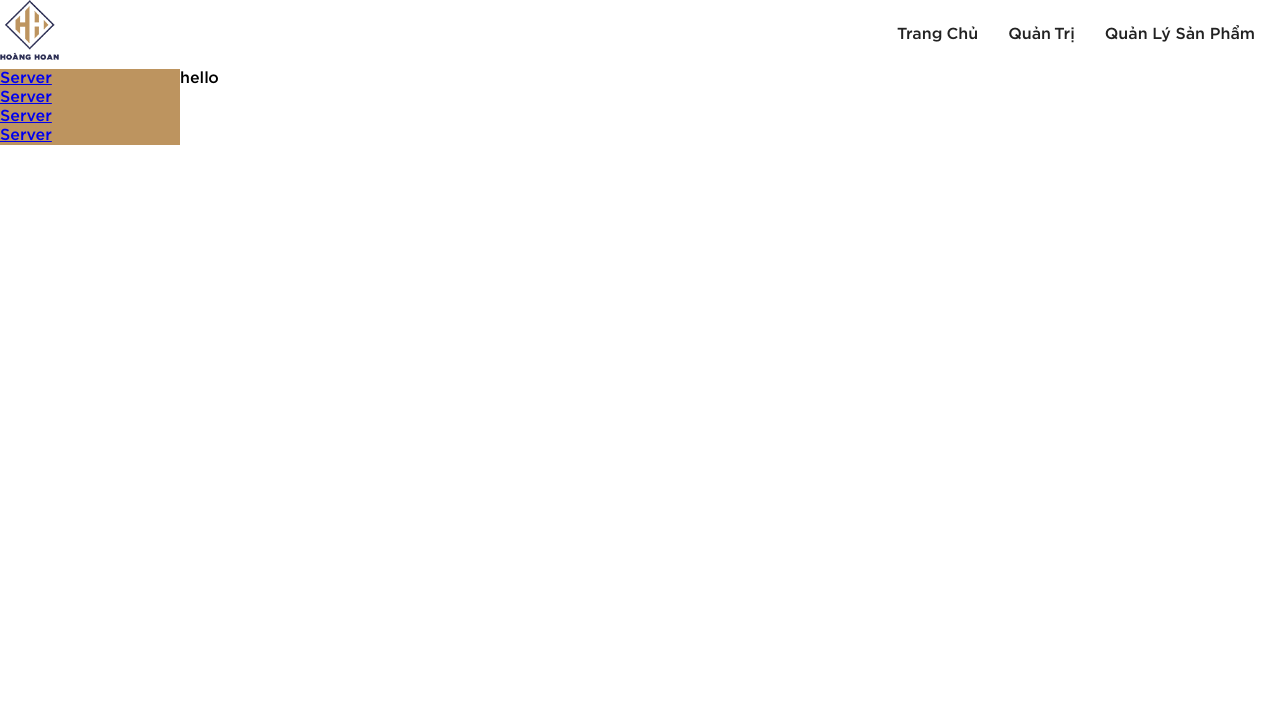
Repository: LDDUNG2003/prj_2
Page: /adminLocal
These files come from the project's save history. The page is drawn as it stood at one moment and after the next save; the edit follows.
The browser window is 1280 px wide. The pictures show the whole page.
The project was rebuilt for these pictures with package versions that can differ from the ones it lists, and the page was loaded fresh each time. Also part of the build but not shown: src/layouts/header/itemsHeader/index.js, src/layouts/header/loginHeader/index.js, src/layouts/header/index.js, src/layouts/footer/index.js, src/layouts/defaultLayout/index.js, src/font-awesome/index.js, src/pages/home/setProductSlick/index.js, src/pages/home/index.js and 9 more.

Above is the page before, as saved 2023-10-02 15:48:28.

After the next save:
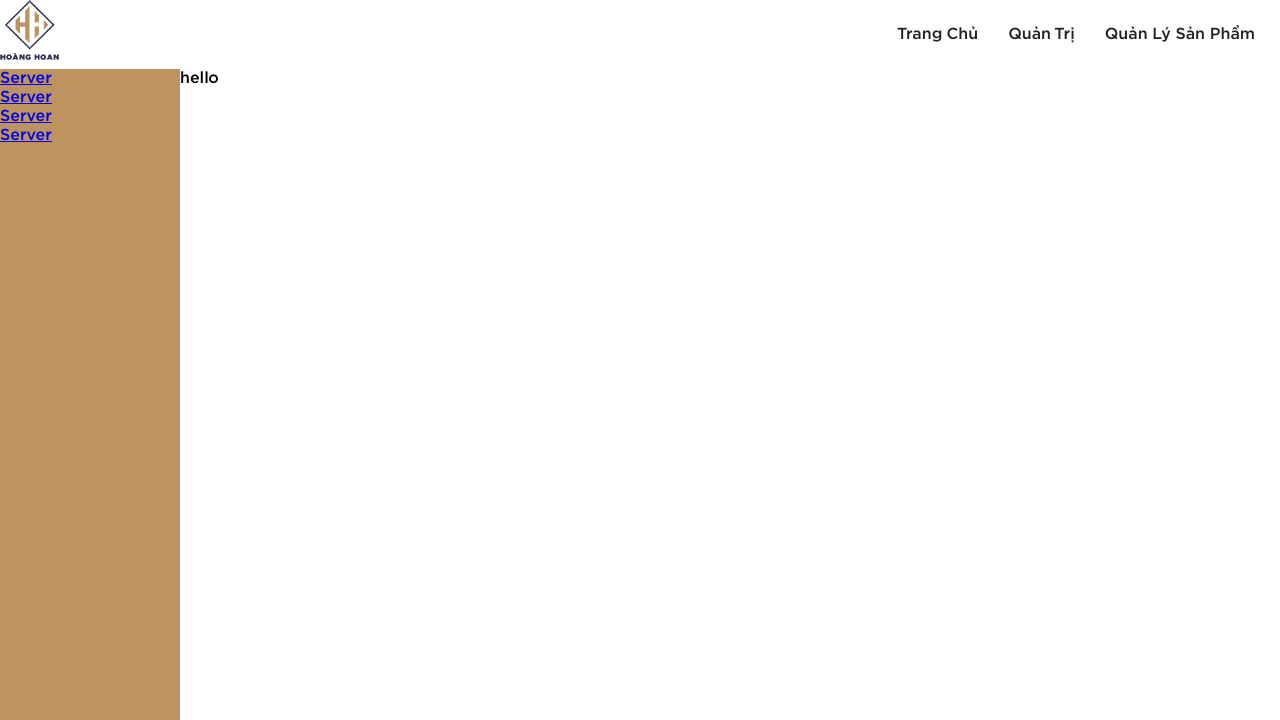
Saved 31 s later.
--- a/src/layouts/AdminLayout/styles/index.css
+++ b/src/layouts/AdminLayout/styles/index.css
@@ -32,6 +32,7 @@
     width: 100%;
     max-width: 1300px;
     margin: auto;
+    height: 100%;
 }
 
 .Menu-Admin {
